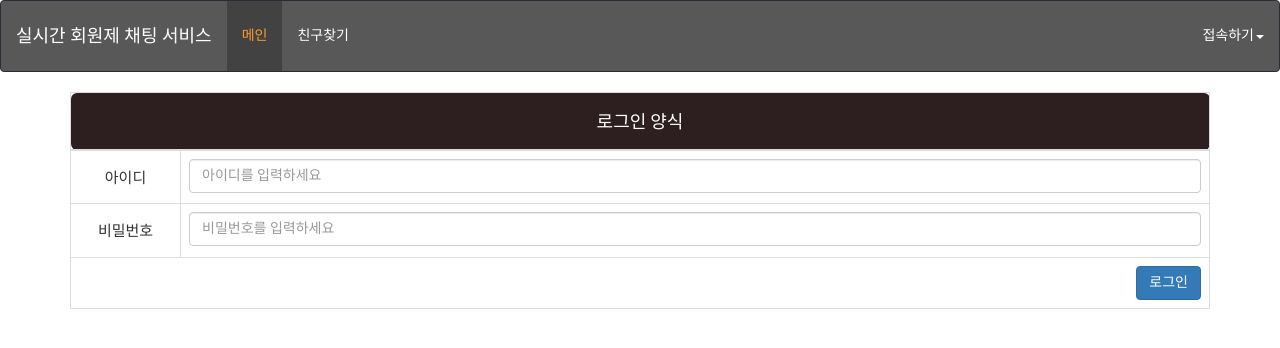
Repository: kkoseunghyun/javaAjaxChat
Page: http://localhost/UserChat/login.jsp
An editor plug-in stored every save of this project. The page is shown before and after the next save, followed by the edit.
The browser window is 1280 px wide. The pictures show the whole page.
Some web fonts or font styles are not loaded; a fallback is used. Some web libraries are served in a nearby version. The page is served by Tomcat 9.

Above is the page before, as saved 2019-05-30 12:16:18.

After the next save:
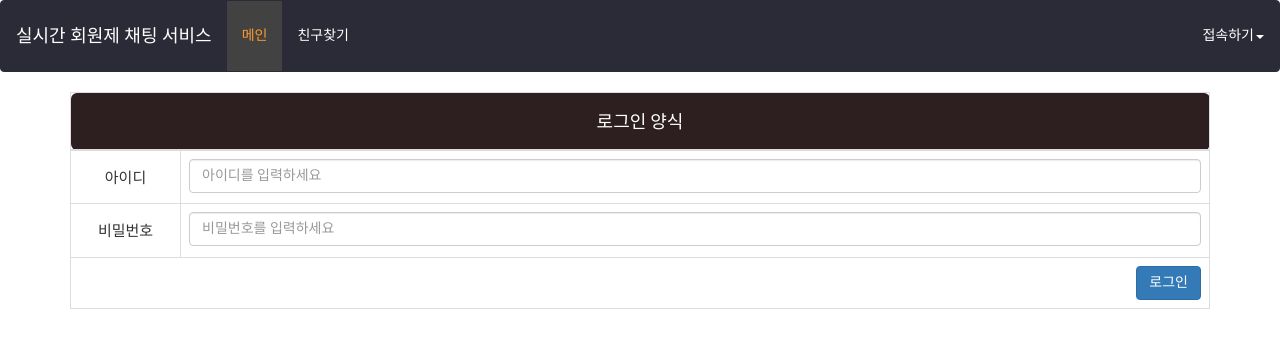
Saved 5 s later.
--- a/JspAjax/UserChat/WebContent/css/custom2.css
+++ b/JspAjax/UserChat/WebContent/css/custom2.css
@@ -16,7 +16,7 @@ a:hover{
 
 /* 네비게이션 영역 */
 .navbar-default{    /* 배경 색상*/
-    background-color: #585858;
+    background-color: #2b2b37;
     border-color: #2b2b37;
 }
 .navbar-default .navbar-brand{ /* 내비게이션 제목 생상 */
